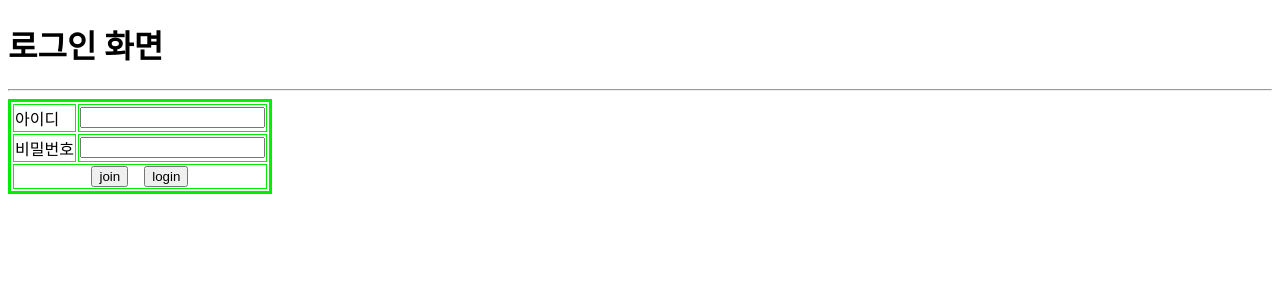
Repository: chuni90/bigdata
Page: http://localhost/tutorial_03/view/login.jsp
An editor plug-in stored every save of this project. The page is shown before and after the next save, followed by the edit.
The browser window is 1280 px wide. The pictures show the whole page.
The page is served by Tomcat 9.

Above is the page before, as saved 2019-09-24 02:34:42.

After the next save:
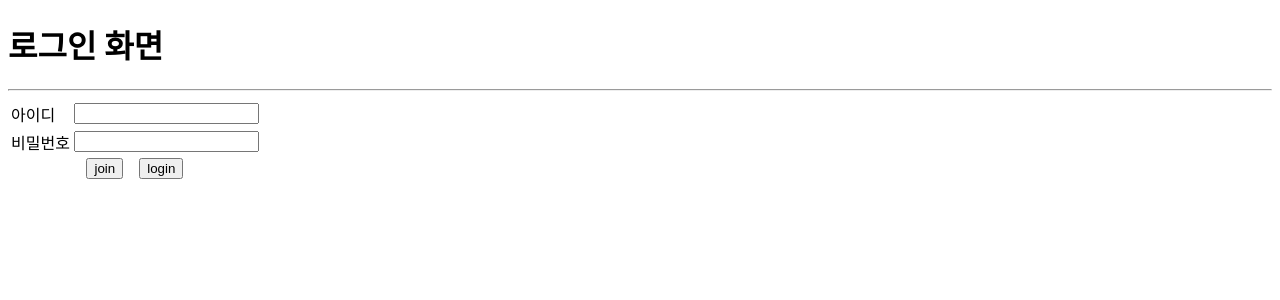
Saved 31 s later.
--- a/2. Java DB/Oracle/tutorial_03/WebContent/view/login.jsp
+++ b/2. Java DB/Oracle/tutorial_03/WebContent/view/login.jsp
@@ -9,7 +9,7 @@
 	<body>
 		<h1>로그인 화면</h1><hr>
 		<form action = "login_pro.jsp" method="post">
-			<table border="3"  bordercolor="green;">
+			<table>
 				<tr>
 					<td>아이디</td>
 					<td><input type="text" name="id"/></td>
